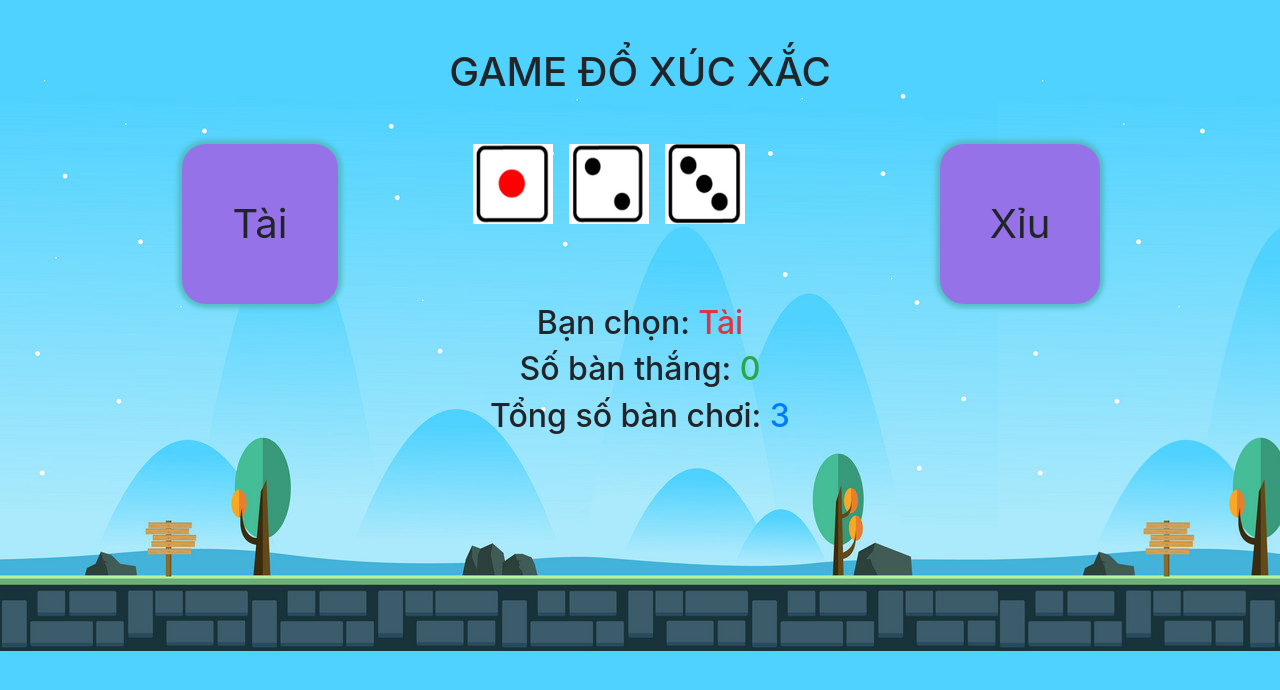
Repository: dovanthao2404/game-xuc-sac
Page: /
An editor plug-in stored every save of this project. The page is shown before and after the next save, followed by the edit.
The browser window is 1280 px wide. The pictures show the whole page.
The project was rebuilt for these pictures with package versions that can differ from the ones it lists, and the page was loaded fresh each time.

Above is the page before, as saved 2021-09-11 13:13:04.

### public/index.html
<!DOCTYPE html>
<html lang="en">

<head>
  <meta charset="utf-8" />
  <link rel="icon" href="%PUBLIC_URL%/favicon.ico" />
  <meta name="viewport" content="width=device-width, initial-scale=1" />
  <meta name="theme-color" content="#000000" />
  <meta name="description" content="Web site created using create-react-app" />
  <link rel="apple-touch-icon" href="%PUBLIC_URL%/logo192.png" />
  <link rel="manifest" href="%PUBLIC_URL%/manifest.json" />
  <title>React App</title>
  <link rel="stylesheet" href="https://cdn.jsdelivr.net/npm/bootstrap@4.6.0/dist/css/bootstrap.min.css"
    integrity="sha384-B0vP5xmATw1+K9KRQjQERJvTumQW0nPEzvF6L/Z6nronJ3oUOFUFpCjEUQouq2+l" crossorigin="anonymous">
  <link rel="stylesheet" href="%PUBLIC_URL%/css/style.css">
</head>

<body>
  <noscript>You need to enable JavaScript to run this app.</noscript>
  <div id="root"></div>
</body>

</html>

### src/index.css
body {
  margin: 0;
  padding: 0;
  box-sizing: border-box;
  font-family: -apple-system, BlinkMacSystemFont, 'Segoe UI', 'Roboto', 'Oxygen',
    'Ubuntu', 'Cantarell', 'Fira Sans', 'Droid Sans', 'Helvetica Neue',
    sans-serif;
  -webkit-font-smoothing: antialiased;
  -moz-osx-font-smoothing: grayscale;
}

code {
  font-family: source-code-pro, Menlo, Monaco, Consolas, 'Courier New',
    monospace;
}

### src/App.js


function App() {
  return (
    <div className="main">
      <div className="container mt-5">
        <div className="title mb-5">
          <h1 className="text-center">GAME ĐỔ XÚC XẮC</h1>
        </div>
        <div>
          <div class="row justify-content-between">
            <div className="col-4">
              <div className="type d-flex justify-content-center align-items-center">
                <span>Tài</span>
              </div>
            </div>
            <div className="col-4">
              <div className="d-flex">
                <img src="./images/1.png" alt="" />
                <img src="./images/2.png" alt="" />
                <img src="./images/3.png" alt="" />
              </div>
            </div>
            <div className="col-4">
              <div className="type d-flex justify-content-center align-items-center">
                <span>Xỉu</span>
              </div>
            </div>
          </div>
        </div>

        <div className="result text-center">
          <h2>Bạn chọn: <span className="text-danger">Tài</span></h2>
          <h2>Số bàn thắng: <span className="text-success">0</span></h2>
          <h2>Tổng số bàn chơi: <span className="text-primary">3</span></h2>
        </div>
      </div>
    </div>
  );
}

export default App;

### public/css/style.css
.main {
  background-image: url(./../images/bgGame.png);
  top: 0;
  left:0;
  right: 0;
  bottom: 0;
  display: block;
  position: absolute;
  z-index: -10;
}

.type span{
  display: block;
  padding: 50px;
  border-radius: 24px;
  font-size: 40px;
  background: rgb(149, 114, 231);
  cursor: pointer;
  box-shadow: 0 0 4px 4px rgba(78, 182, 185, 0.8);
}

img {
  margin: 0 8px;
  width: 80px;
}

Loaded but not shown: src/index.js (common file); src/reportWebVitals.js (common file)

After the next save:
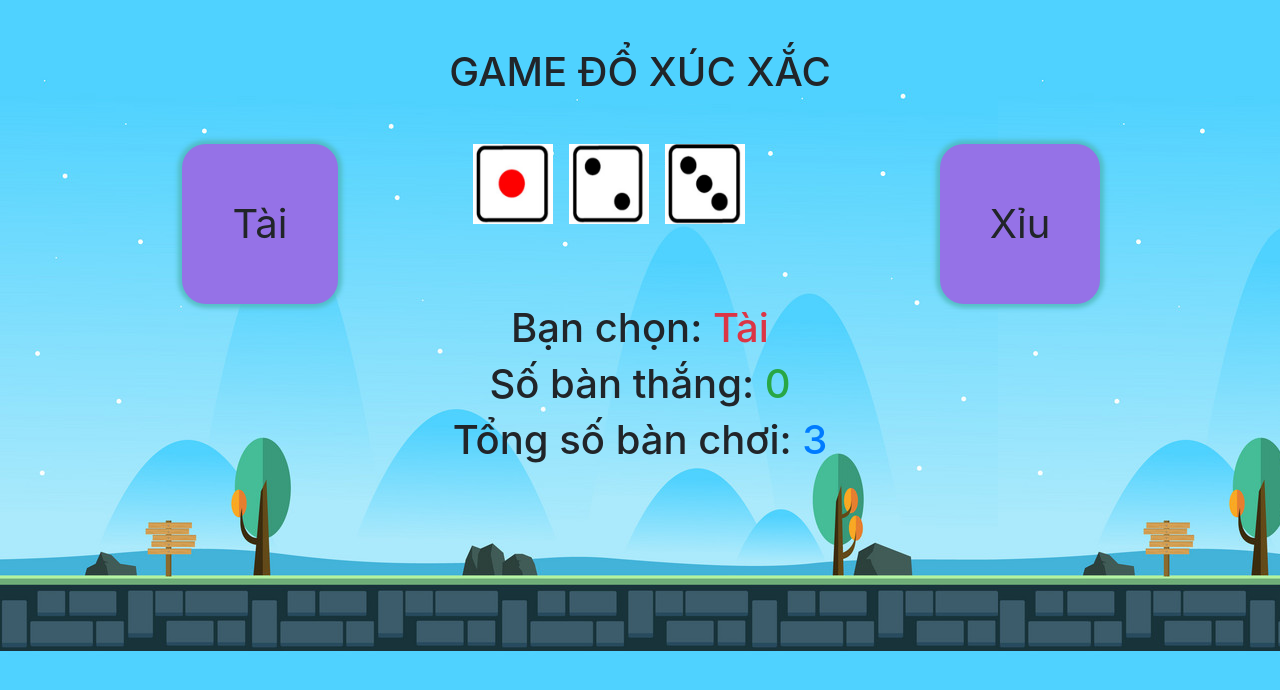
Saved 4 s later.
--- a/src/App.js
+++ b/src/App.js
@@ -30,9 +30,9 @@ function App() {
         </div>
 
         <div className="result text-center">
-          <h2>Bạn chọn: <span className="text-danger">Tài</span></h2>
-          <h2>Số bàn thắng: <span className="text-success">0</span></h2>
-          <h2>Tổng số bàn chơi: <span className="text-primary">3</span></h2>
+          <h1>Bạn chọn: <span className="text-danger">Tài</span></h1>
+          <h1>Số bàn thắng: <span className="text-success">0</span></h1>
+          <h1>Tổng số bàn chơi: <span className="text-primary">3</span></h1>
         </div>
       </div>
     </div>
